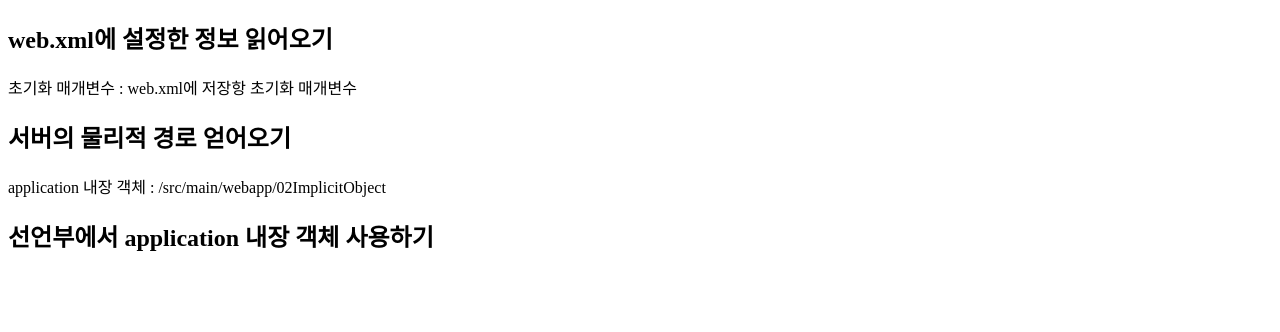
Repository: achul1026/jspStudy
Page: http://localhost/MustHaveJSP/02ImplicitObject/ApplicationMain.jsp
An editor plug-in stored every save of this project. The page is shown before and after the next save, followed by the edit.
The browser window is 1280 px wide. The pictures show the whole page.
The page is served by Tomcat 9. Other server files are loaded and not shown.

Above is the page before, as saved 2022-09-21 13:21:13.

### MustHaveJSP/src/main/webapp/02ImplicitObject/ApplicationMain.jsp
<%@ page language="java" contentType="text/html; charset=UTF-8"
    pageEncoding="UTF-8"%>
<!DOCTYPE html>
<html>
<head>
<title>내장 객체 - Response</title>
</head>
<body>
	<h2>web.xml에 설정한 정보 읽어오기</h2>
	초기화 매개변수 : <%=application.getInitParameter("INIT_PARAM") %>

	<h2>서버의 물리적 경로 얻어오기</h2>
	application 내장 객체 : <%=application.getRealPath("/02ImplicitObject") %>

	<h2>선언부에서 application 내장 객체 사용하기</h2>
	<%!
		public String useImplicitObject(){
			return this.getServletContext().getRealPath("/02ImplicitObject");
		}
		public String useImplicitObject(ServletContext app){
			return app.getRealPath("/02ImplicitObject");
		}
	%>
</body>
</html>

After the next save:
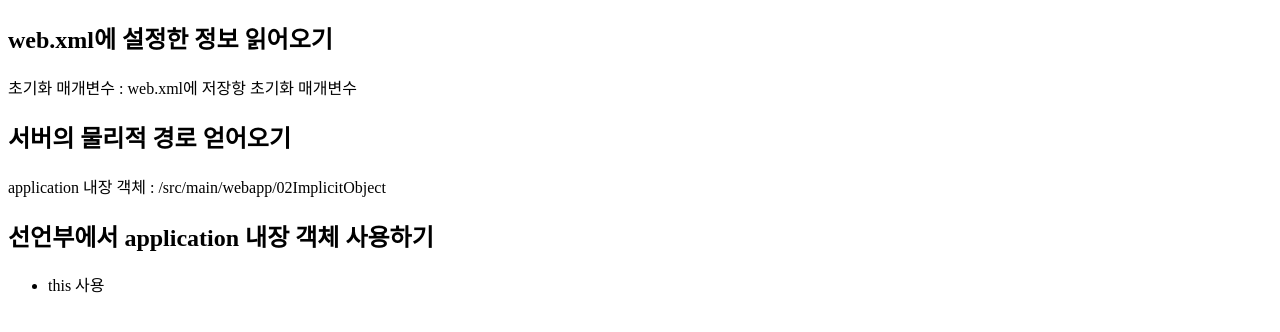
Saved 13 s later.
--- a/MustHaveJSP/src/main/webapp/02ImplicitObject/ApplicationMain.jsp
+++ b/MustHaveJSP/src/main/webapp/02ImplicitObject/ApplicationMain.jsp
@@ -21,5 +21,8 @@
 			return app.getRealPath("/02ImplicitObject");
 		}
 	%>
+	<ul>
+		<li>this 사용</li>
+	</ul>
 </body>
 </html>
